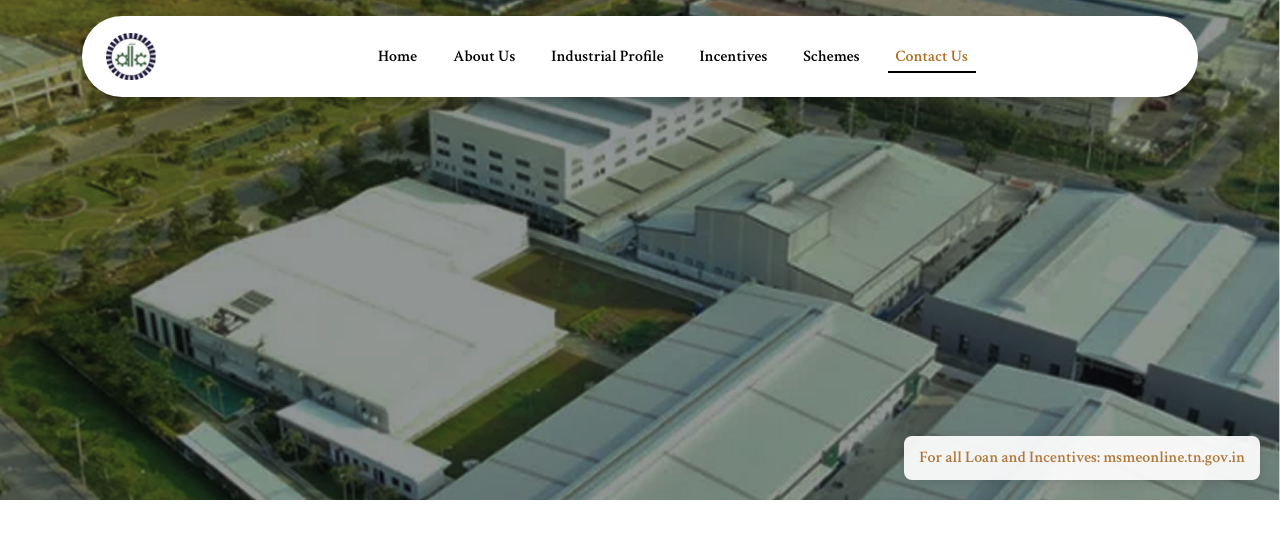
Repository: Brand-Mindz-Global-Technology-Pvt-Ltd/TenkasiDIC--FrontEnd
Page: Contact Page/Contactus.html
The author's editor kept a copy of each file at every save. The page is drawn from the files as they stood at one save, then again after the next save.
The browser window is 1280 px wide. The pictures show the part of the page from y = 0 to 554 px (the page is 1750 px tall before and 1220 px after).
Pictures or frames that could not be fetched are drawn as grey boxes.

Above is the page before, as saved 2025-07-04 18:02:37.

### Contact Page/Contactus.html
<!DOCTYPE html>
<html lang="en">
<head>
  <meta charset="UTF-8">
  <meta name="viewport" content="width=device-width, initial-scale=1">
  <title>Contact Section</title>
  <link rel="shortcut icon" type="image/x-icon" href="../img/favicon.ico">
  <link href="https://cdn.jsdelivr.net/npm/bootstrap@5.3.3/dist/css/bootstrap.min.css" rel="stylesheet">
  <link href="https://fonts.googleapis.com/css2?family=Crimson+Text:wght@400;600;700&display=swap" rel="stylesheet">
  <link rel="stylesheet" href="./contactus.css">



</head>
<body>
  <!-- Banner Image Section with overlay navbar -->
  <div class="position-relative">
    <div class="container position-absolute top-0 start-50 translate-middle-x" style="z-index: 1030; padding-top: 15px; margin-top:16px;">
      <nav class="navbar navbar-expand-lg shadow" id="mainNav">
        <a class="navbar-brand" href="../LandingPage/LandingPage.html">
          <img src="../img/diclogo.jpg" alt="Logo" />
        </a>
        <button class="navbar-toggler" type="button" data-bs-toggle="collapse" data-bs-target="#navbarNav" aria-controls="navbarNav" aria-expanded="false" aria-label="Toggle navigation">
          <span class="navbar-toggler-icon">
            <span class="middle-bar"></span>
          </span>
        </button>
        <div class="collapse navbar-collapse justify-content-center" id="navbarNav">
          <ul class="navbar-nav">
            <li class="nav-item"><a class="nav-link" href="../LandingPage/LandingPage.html">Home</a></li>
            <li class="nav-item"><a class="nav-link" href="../About US/aboutus.html">About Us</a></li>
            <li class="nav-item"><a class="nav-link" href="../Industrial Profile/Industrial.html">Industrial Profile</a></li>
            <li class="nav-item"><a class="nav-link" href="../Incentive Page/Incentives.html">Incentives</a></li>
            <li class="nav-item"><a class="nav-link " href="../Schemes/Schemes.html">Schemes</a></li>
            <li class="nav-item"><a class="nav-link active " href="../Contact Page/Contactus.html">Contact Us</a></li>
          </ul>
        </div>
      </nav>
    </div>

    <div class="banner-container">
      <img src="../img/INCENTIVE.png" alt="Schemes Banner" class="banner-image">
      <a href="https://msmeonline.tn.gov.in" class="incentives-link" target="_blank" rel="noopener noreferrer">For all Loan and Incentives: msmeonline.tn.gov.in</a>
    </div>
  </div>

  <div class="container py-4">
    <div class="row g-4">
      <!-- Left side -->
      <div class="col-lg-6">
        <h5 class="fw-bold">Get In Touch</h5>
        <p class="section-title">Don't Hesitate to Contact us for more Information</p>
        <p>We'd love to hear from you! Whether you have a question, feedback, or need assistance, feel free to reach out. Our team is here to help you with anything you need.</p>

        <div class="row mb-3">
          <div class="col-sm-6 icon-box d-flex">
            <i class="bi bi-geo-alt-fill me-2"></i>
            <div>
              <strong>Location</strong><br>
              General Manager,
              District Industries Centre,
              5/5(2), 5/5(3), Thirumalaikovil road,
              Kuthukkalvalasai,
              Tenkasi -627803.
            </div>
          </div>
          <div class="col-sm-6 icon-box d-flex">
            <i class="bi bi-envelope-fill me-2"></i>
            <div>
              <strong>Email Us</strong><br>
              <span class="email-break">tenkasidic@gmail.com</span>
            </div>
          </div>
        </div>

        <div class="row mb-4">
          <div class="col-sm-6 icon-box d-flex">
            <i class="bi bi-telephone-fill me-2"></i>
            <div>
              <strong>Land Line </strong><br>
              04633-212347
            </div>
          </div>
          <div class="col-sm-6 icon-box d-flex">
            <i class="bi bi-clock-fill me-2"></i>
            <div>
              <strong>Working Hours</strong><br>
              Monday - Friday:<br>10.00 AM  to 5.45 PM
            </div>
          </div>
        </div>

        <!-- Google Maps Section -->

      </div>

      <!-- Right side -->
      <div class="col-lg-6">
        <div class="form-section mb-4">
          <h5 class="text-center fw-bold">Send us a Message</h5>
          <p class="text-center">Questions or need help? Send us a message, and we'll reply soon!</p>
          <form>
            <div class="mb-3">
              <label for="name" class="form-label">Name</label>
              <input type="text" class="form-control" id="name">
            </div>
            <div class="mb-3">
              <label for="email" class="form-label">Email</label>
              <input type="email" class="form-control" id="email">
            </div>
            <div class="mb-3">
              <label for="message" class="form-label">Message</label>
              <textarea class="form-control" id="message" rows="4"></textarea>
            </div>
            <div class="text-center">
              <button type="submit" class="btn btn-custom px-4">SEND MESSAGE</button>
            </div>
          </form>
        </div>
      </div>
    </div>

    <div class="map-container">
      <iframe src="https://www.google.com/maps/embed?pb=!1m18!1m12!1m3!1d3566.1700279265024!2d77.2902880636619!3d8.995489330118778!2m3!1f0!2f0!3f0!3m2!1i1024!2i768!4f13.1!3m3!1m2!1s0x3b06837c6acfc7c7%3A0x94b48fcba8043611!2zRGlzdHJpY3QgaW5kdXN0cmllcyBjZW50cmUgKOCuruCuvuCuteCun-CvjeCunyDgrqTgr4rgrrTgrr_grrLgr40g4K6u4K-I4K6v4K6u4K-NKQ!5e1!3m2!1sen!2sin!4v1747978909047!5m2!1sen!2sin" width="600" height="450" style="border:0;" allowfullscreen="" loading="lazy" referrerpolicy="no-referrer-when-downgrade"></iframe>
    </div>

    <!-- Three contact cards section -->

  </div>

  <footer class="py-4">
    <div class="container">
      <div class="row">
        <div class="col-md-4 mb-4 mb-md-0">
          <div class="d-flex align-items-center mb-3">
            <img src="../img/diclogo.jpg" alt="DIC Logo" style="width: 80px; height: 80px;" class="me-3">
          </div>
          <p class="text-white" style="font-size: 16px;">
            District Industries Centre, Tenkasi supports local entrepreneurs by providing guidance and assistance for starting and growing businesses.
          </p>
        </div>
        <div class="col-md-4 mb-4 mb-md-0">
          <h5 class="text-white mb-3">Useful Links</h5>
          <ul class="list-unstyled">
            <li class="mb-2"><a href="../LandingPage/LandingPage.html" class="text-white text-decoration-none">Home</a></li>
            <li class="mb-2"><a href="../About US/aboutus.html" class="text-white text-decoration-none">About Us</a></li>
            <li class="mb-2"><a href="../Industrial Profile/Industrial.html" class="text-white text-decoration-none">Industrial Profile</a></li>
            <li class="mb-2"><a href="../Incentive Page/Incentives.html" class="text-white text-decoration-none">Incentives</a></li>
            <li class="mb-2"><a href="../Schemes/Schemes.html" class="text-white text-decoration-none">Schemes</a></li>
            <li class="mb-2"><a href="../Contact Page/Contactus.html" class="text-white text-decoration-none">Contact Us</a></li>
          </ul>
        </div>
        <div class="col-md-4 mb-4 mb-md-0">
          <h5 class="text-white mb-3">Address</h5>
          <ul class="list-unstyled">
            <li class="mb-2 text-white d-flex align-items-start">
              <i class="bi bi-geo-alt-fill text-white me-2 mt-1"></i>
              <div>
                <span>Tmt.P.MARIAMMAL , General Manager</span><br>
                <span>District Industries Centre</span><br>
                <span>5/5(2),5(3), Thirumalai Kovil Road</span><br>
                <span>Kuthukkakvalasai, Tenkasi-627803</span>
              </div>
            </li>
            <li class="mb-2 text-white d-flex align-items-center">
              <i class="bi bi-telephone-fill text-white me-2"></i>
              <a href="tel:04633-212347" class="text-white text-decoration-none">04633-212347</a>
            </li>
            <li class="mb-2 text-white d-flex align-items-start">
              <i class="bi bi-clock-fill text-white me-2 mt-1"></i>
              <div>
                <span>Working Hours:</span><br>
                <span>Monday - Friday: 10.00 AM to 5.45 PM</span>
              </div>
            </li>
          </ul>
      </div>
      <div class="row mt-4">
        <div class="col-12 text-center">
          <p class="text-white mb-0" style="font-size: 14px;">Copyright © 2025 Tenkasi DIC Made with ❤ by <a href="https://www.brandmindz.com/" target="_blank" style="color: white; text-decoration: none;">Brand Mindz</a>. All rights reserved.</p>        </div>
      </div>
    </div>
  </footer>

  <!-- Bootstrap Icons -->
  <link href="https://cdn.jsdelivr.net/npm/bootstrap-icons@1.10.5/font/bootstrap-icons.css" rel="stylesheet">
  <link rel="stylesheet" href="https://cdnjs.cloudflare.com/ajax/libs/font-awesome/6.0.0/css/all.min.css">
  <script src="https://cdn.jsdelivr.net/npm/bootstrap@5.3.3/dist/js/bootstrap.bundle.min.js"></script>
  <script>
        document.addEventListener('DOMContentLoaded', function() {
          // Fixed navbar on scroll
      window.addEventListener('scroll', function() {
        const navbar = document.getElementById('mainNav');
        const body = document.body;
        const navbarContainer = navbar.parentElement;

        if (window.scrollY > 100) {
          // When scrolled, make navbar fixed at top
          navbar.classList.add('fixed-top');
          navbar.classList.remove('position-relative');
          body.classList.add('scrolled');

          // Remove the container's positioning to allow navbar to be full width
          navbarContainer.classList.remove('position-absolute', 'top-0', 'start-50', 'translate-middle-x');
          navbarContainer.style.width = '100%';
          navbarContainer.style.maxWidth = '100%';
          navbarContainer.style.padding = '0';
        } else {
          // Reset to original state when at top
          navbar.classList.remove('fixed-top');
          navbar.classList.add('position-relative');
          body.classList.remove('scrolled');

          // Restore the container's positioning
          navbarContainer.classList.add('position-absolute', 'top-0', 'start-50', 'translate-middle-x');
          navbarContainer.style.width = '';
          navbarContainer.style.maxWidth = '';
          navbarContainer.style.padding = '';
        }
      });

      // Get all navigation links
      const navLinks = document.querySelectorAll('.nav-link');

      // Get the collapse element
      const navbarCollapse = document.getElementById('navbarNav');
      const bsCollapse = new bootstrap.Collapse(navbarCollapse, {toggle: false});

      // Add click event listener to each navigation link
      navLinks.forEach(function(navLink) {
        navLink.addEventListener('click', function() {
          // Close the navbar when a link is clicked
          if (navbarCollapse.classList.contains('show')) {
            bsCollapse.hide();
          }
        });
      });

      // Close navbar when clicking outside
      document.addEventListener('click', function(event) {
        // Check if the navbar is expanded and the click is outside the navbar
        const isNavbarExpanded = navbarCollapse.classList.contains('show');
        const isClickInsideNavbar = navbarCollapse.contains(event.target);
        const isClickOnToggler = event.target.classList.contains('navbar-toggler') ||
                                event.target.classList.contains('navbar-toggler-icon');

        if (isNavbarExpanded && !isClickInsideNavbar && !isClickOnToggler) {
          bsCollapse.hide();
        }
      });
    });
  </script>
</body>
</html>

### Contact Page/contactus.css
.navbar-nav .nav-link:hover,
.navbar-nav .nav-link.active {
    color: #af6f24 !important;
}
body {
font-family: 'Crimson Text', serif;
}
footer {
background-color: #b1783b;
color: white;
padding: 20px 0;
}

.section-title {
color: #b1783b;
font-size: 1.8rem;
font-weight: 600;
}
.icon-box i {
font-size: 1.5rem;
color: #b1783b;
}
.icon-box {
margin-bottom: 1.5rem;
}
.form-control, .form-label {
font-size: 0.9rem;
}
.form-section {
border: 1px solid #f0ad4e;
border-radius: 10px;
padding: 25px;
}
.btn-custom {
background-color: #b1783b;
color: white;
border-radius: 8px;
}
.btn-custom:hover {
background-color: #965f2d;
color: white;
}
.contact-card {
border: 1px solid #f0ad4e;
border-radius: 10px;
padding: 20px;
margin-bottom: 20px;
background-color: #fff;
min-height: 200px;
display: flex;
flex-direction: column;
}
.contact-number {
background-color: #f0ad4e;
color: white;
border-radius: 8px;
padding: 5px 12px;
font-weight: bold;
display: inline-block;
margin-bottom: 15px;
align-self: flex-start;
}
.contact-card h6 {
font-weight: 600;
color: #333;
margin-bottom: 10px;
font-size: 0.9rem;
line-height: 1.6;
}
.contact-card p {
font-size: 0.9rem;
color: #666;
margin-bottom: 0;
}

/* Map Styles */
.map-container {
border: 1px solid #f0ad4e;
border-radius: 10px;
overflow: hidden;
margin-top: 2rem;
box-shadow: 0 2px 10px rgba(0, 0, 0, 0.1);
}

.map-container iframe {
width: 100%;
height: 300px;
border: none;
}

/* Banner Styles */
.banner-container {
position: relative;
width: 100%;
height: 500px;
overflow: hidden;
margin-bottom: 30px;


}

.banner-image {
width: 100%;
height: 100%;
object-fit: cover;
}

.incentives-link {
position: absolute;
bottom: 20px;
right: 20px;
background-color: rgba(255, 255, 255, 0.9);
padding: 10px 15px;
border-radius: 8px;
font-weight: 600;
color: #b1783b;
text-decoration: none;
box-shadow: 0 2px 10px rgba(0, 0, 0, 0.1);
transition: all 0.3s ease;
}

.incentives-link:hover {
background-color: #b1783b;
color: white;
}

/* Responsive adjustments */
@media (max-width: 767px) {
.section-title {
font-size: 1.4rem;
}
.icon-box {
flex-direction: column;
text-align: center;
align-items: center;
}
.icon-box i {
margin-bottom: 10px;
}
.form-section {
padding: 20px;
}
.contact-card {
min-height: auto;
}
.banner-container {
height: 500px;
}
.incentives-link {
font-size: 0.9rem;
padding: 8px 12px;
}
.map-container iframe {
height: 250px;
}
}

@media (max-width: 575px) {
.section-title {
font-size: 1.2rem;
}
.icon-box {
margin-bottom: 1rem;
}
.form-section {
padding: 15px;
}
.email-break {
word-break: break-all;
}
.banner-container {
height: 250px;
}
.incentives-link {
font-size: 0.8rem;
padding: 6px 10px;
bottom: 10px;
right: 10px;
}
.map-container iframe {
height: 200px;
}
}
body.scrolled {
padding-top: 90px; /* Add padding when navbar is fixed */
}
/* Navbar Styles */
.navbar {
border-radius: 40px;
padding: 0.75rem 1.5rem;
background-color: white;
width: 100%;
max-width: 1320px;
margin: 0 auto;
transition: all 0.3s ease;
}

.navbar.fixed-top {
position: fixed;
top: 0;
left: 0;
right: 0;
z-index: 1030;
max-width: 100%;
border-radius: 0;
box-shadow: 0 2px 10px rgba(0, 0, 0, 0.1);
}

.navbar-brand img {
width: 50px;
height: auto;
}

.nav-link {
position: relative;
font-weight: 600;
color: black !important;
margin: 0 10px;
transition: color 0.3s ease;
}

.nav-link:hover {
opacity: 0.8;
}

.nav-link.active::after {
content: "";
position: absolute;
bottom: 4px;
left: 0;
width: 100%;
height: 2px;
background-color: black;
}

/* Custom hamburger to X icon */
.navbar-toggler {
border: none;
background: transparent;
padding: 0;
}

.navbar-toggler:focus {
box-shadow: none;
}

.navbar-toggler .navbar-toggler-icon {
background-image: none;
position: relative;
height: 24px;
width: 30px;
transition: all 0.3s ease;
}

.navbar-toggler .navbar-toggler-icon:before,
.navbar-toggler .navbar-toggler-icon:after,
.navbar-toggler .navbar-toggler-icon .middle-bar {
content: '';
position: absolute;
width: 100%;
height: 3px;
background-color: #333;
border-radius: 2px;
left: 0;
transition: all 0.3s ease;
}

.navbar-toggler .navbar-toggler-icon:before {
top: 0;
}

.navbar-toggler .navbar-toggler-icon .middle-bar {
top: 50%;
transform: translateY(-50%);
}

.navbar-toggler .navbar-toggler-icon:after {
bottom: 0;
}

.navbar-toggler[aria-expanded="true"] .navbar-toggler-icon:before {
transform: rotate(45deg);
top: 11px;
}

.navbar-toggler[aria-expanded="true"] .navbar-toggler-icon .middle-bar {
opacity: 0;
}

.navbar-toggler[aria-expanded="true"] .navbar-toggler-icon:after {
transform: rotate(-45deg);
bottom: 10px;
}

.banner-black-overlay {
    position: absolute;
    top: 0;
    left: 0;
    right: 0;
    bottom: 0;
    width: 100%;
    height: 100%;
    background: rgba(33, 33, 33, 0.755);
    z-index: 1;
    pointer-events: none;
  }

  .aboutus-banner-overlay {
    position: absolute;
    top: 50%;
    left: 50%;
    bottom: 50px;
    transform: translate(-50%, -50%);
    z-index: 2;
    width: 100%;
    display: flex;
    flex-direction: column;
    align-items: center;
    justify-content: center;
    text-align: center;
    pointer-events: none;
    padding: 20px;
  }

  .aboutus-banner-title {
    color: #fff;
    font-size: 3rem;
    font-weight: 700;
    letter-spacing: 1px;
    text-shadow: 0 2px 8px rgba(0, 0, 0, 0.685);
    margin-bottom: 0.5rem;
    pointer-events: auto;
  }

  .aboutus-breadcrumb {
    font-size: 1.2rem;
    pointer-events: auto;
  }

  .aboutus-breadcrumb .breadcrumb {
    background: transparent;
    margin-bottom: 0;
    padding: 0;
  }

  .aboutus-breadcrumb-link {
    color: #f7c873;
    text-decoration: underline;
    transition: color 0.2s;
  }

  .aboutus-breadcrumb-link:hover,
  .aboutus-breadcrumb-link:focus {
    color: #af6f24;
    text-decoration: underline;
  }

  .aboutus-breadcrumb .breadcrumb-item + .breadcrumb-item::before {
    content: "→";
    color: #fff;
    padding: 0 0.5em;
    font-size: 1.1em;
  }

  .aboutus-breadcrumb .breadcrumb-item.active {
    color: #fff;
    font-weight: 600;
  }

  /* Tablet optimization */
  @media (max-width: 991.98px) {
    .aboutus-banner-overlay {
      top: 60%;
    }

    .aboutus-banner-title {
      font-size: 2.5rem;
    }

    .aboutus-breadcrumb {
      font-size: 1.1rem;
    }
  }

  /* Mobile optimization */
  @media (max-width: 767.98px) {
    .aboutus-banner-overlay {
      top: 65%;
    }

    .aboutus-banner-title {
      font-size: 2rem;
    }

    .aboutus-breadcrumb {
      font-size: 1rem;
    }

    .aboutus-banner-overlay {
      padding: 0 15px;
    }
  }

  /* Small mobile optimization */
  @media (max-width: 575.98px) {
    .aboutus-banner-overlay {
      top: 70%;
    }

    .aboutus-banner-title {
      font-size: 1.5rem;
    }

    .aboutus-breadcrumb {
      font-size: 0.9rem;
    }

    .aboutus-banner-overlay {
      padding: 0 10px;
    }
  }

  /* Extra small mobile optimization */
  @media (max-width: 375px) {
    .aboutus-banner-overlay {
      top: 75%;
    }

    .aboutus-banner-title {
      font-size: 1.2rem;
    }

    .aboutus-breadcrumb {
      font-size: 0.8rem;
    }
  }

    .banner-container .incentives-link {
      position: absolute;
      bottom: 20px;
      right: 20px;
      background-color: rgba(255, 255, 255, 0.92);
      padding: 10px 15px;
      border-radius: 8px;
      font-weight: 600;
      color: #b1783b;
      text-decoration: none;
      box-shadow: 0 2px 10px rgba(0, 0, 0, 0.10);
      transition: all 0.3s ease;
      z-index: 3;
    }

    .banner-container .incentives-link:hover {
      background-color: #b1783b;
      color: #fff;
    }

After the next save:
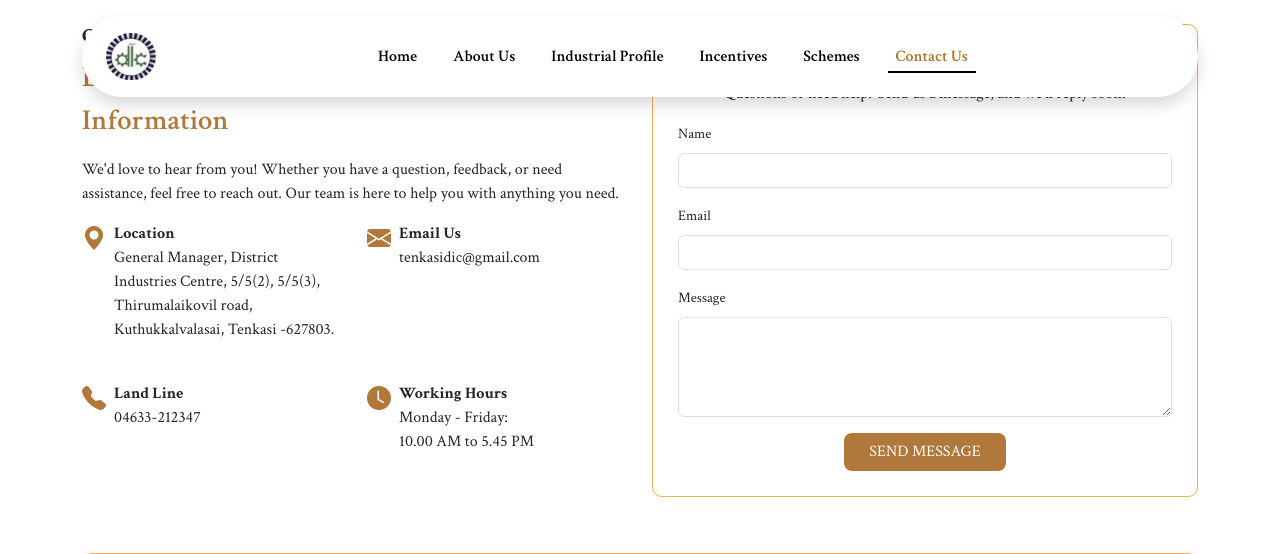
Saved 35 s later.
--- a/Contact Page/Contactus.html
+++ b/Contact Page/Contactus.html
@@ -38,9 +38,16 @@
       </nav>
     </div>
 
-    <div class="banner-container">
-      <img src="../img/INCENTIVE.png" alt="Schemes Banner" class="banner-image">
-      <a href="https://msmeonline.tn.gov.in" class="incentives-link" target="_blank" rel="noopener noreferrer">For all Loan and Incentives: msmeonline.tn.gov.in</a>
+    <div class="aboutus-banner-overlay d-flex flex-column align-items-center justify-content-end">
+      <h1 class="aboutus-banner-title mb-2">Schemes</h1>
+      <nav class="aboutus-breadcrumb" aria-label="breadcrumb">
+        <ol class="breadcrumb mb-0 p-0 bg-transparent">
+          <li class="breadcrumb-item">
+            <a href="../LandingPage/LandingPage.html" class="aboutus-breadcrumb-link">Home</a>
+          </li>
+          <li class="breadcrumb-item active" aria-current="page">Schemes</li>
+        </ol>
+      </nav>
     </div>
   </div>
 

After the save that followed:
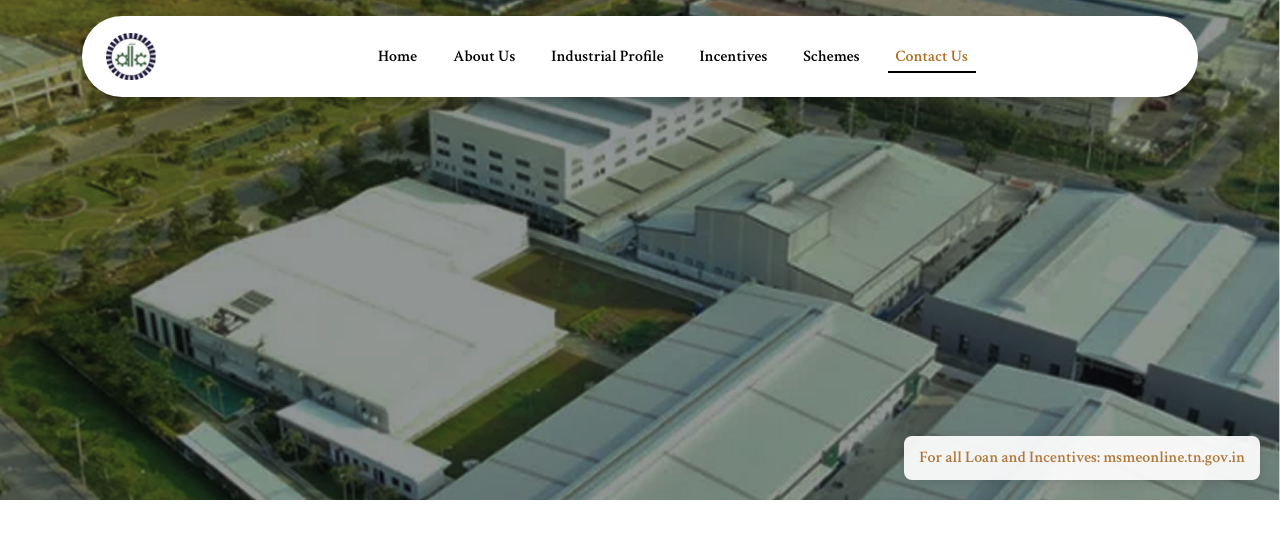
Saved 8 s later.
--- a/Contact Page/Contactus.html
+++ b/Contact Page/Contactus.html
@@ -38,16 +38,9 @@
       </nav>
     </div>
 
-    <div class="aboutus-banner-overlay d-flex flex-column align-items-center justify-content-end">
-      <h1 class="aboutus-banner-title mb-2">Schemes</h1>
-      <nav class="aboutus-breadcrumb" aria-label="breadcrumb">
-        <ol class="breadcrumb mb-0 p-0 bg-transparent">
-          <li class="breadcrumb-item">
-            <a href="../LandingPage/LandingPage.html" class="aboutus-breadcrumb-link">Home</a>
-          </li>
-          <li class="breadcrumb-item active" aria-current="page">Schemes</li>
-        </ol>
-      </nav>
+    <div class="banner-container">
+      <img src="../img/INCENTIVE.png" alt="Schemes Banner" class="banner-image">
+      <a href="https://msmeonline.tn.gov.in" class="incentives-link" target="_blank" rel="noopener noreferrer">For all Loan and Incentives: msmeonline.tn.gov.in</a>
     </div>
   </div>
 
